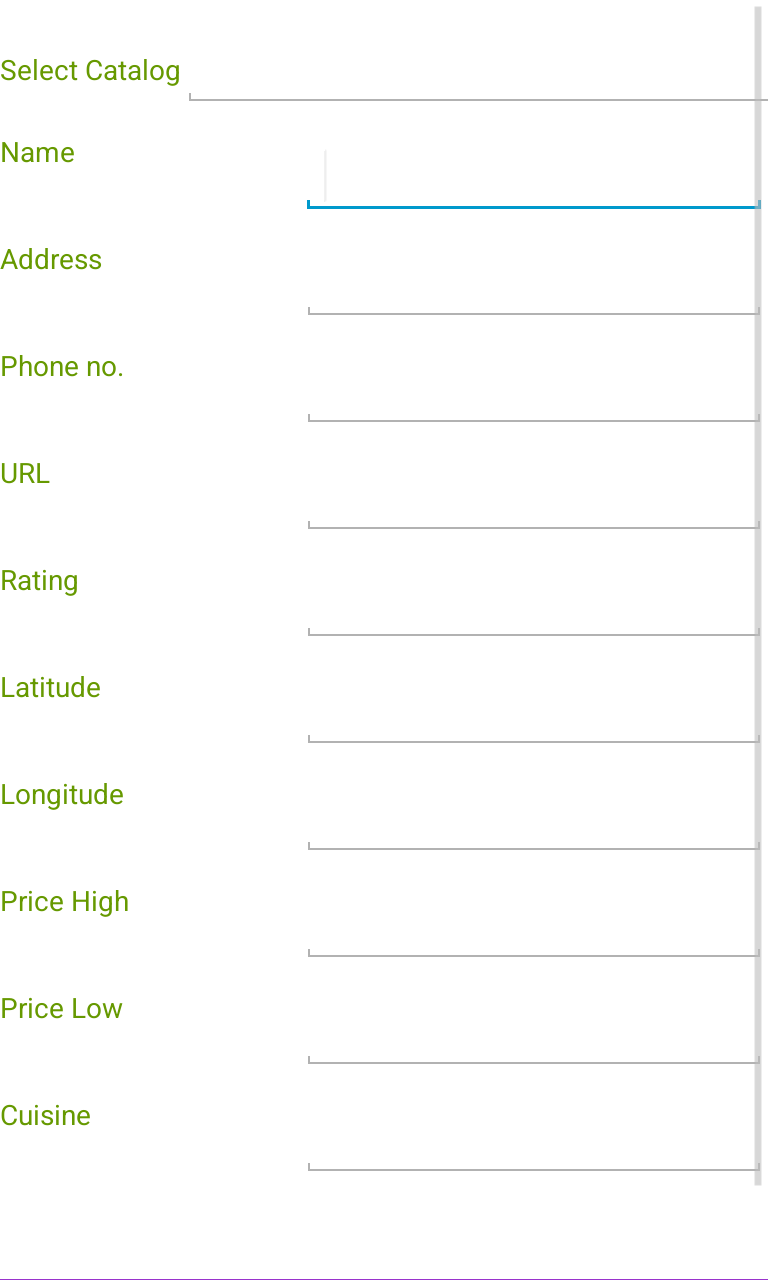
Repository: AungWinnHtut/projAndroid
Layout: com.engineer4myanmar.json.MainActivity/res/layout/activity_detail.xml
An editor plug-in stored every save of this project. The layout is shown before and after the next save, followed by the edit.
It is drawn on a 768 x 1280 px phone screen (xhdpi) without system bars, with theme AppTheme; the app's code is not run.

Above is the layout before, as saved 2015-08-29 00:10:42.

### com.engineer4myanmar.json.MainActivity/res/layout/activity_detail.xml
<LinearLayout xmlns:android="http://schemas.android.com/apk/res/android"
    xmlns:tools="http://schemas.android.com/tools"
    android:layout_width="match_parent"
    android:layout_height="match_parent"
    android:background="#fff"
    android:orientation="vertical" >

    <ScrollView
        android:id="@+id/scrollView1"
        android:layout_width="match_parent"
        android:layout_height="match_parent" >

        <LinearLayout
            android:layout_width="match_parent"
            android:layout_height="match_parent"
            android:orientation="vertical" >

            <LinearLayout
                android:layout_width="match_parent"
                android:layout_height="wrap_content"
                android:layout_marginTop="15dp"
                android:orientation="horizontal" >

                <TextView
                    android:layout_width="0dp"
                    android:layout_height="wrap_content"
                    android:layout_gravity="center"
                    android:layout_weight="1"
                    android:gravity="center"
                    android:text="Select Catalog"
                    android:textColor="#669900" />

                <EditText
                    android:id="@+id/etServiceName"
                    android:layout_width="match_parent"
                    android:layout_height="wrap_content"
                    android:layout_gravity="center"
                    android:gravity="center"
                    android:textColor="#669900" />
            </LinearLayout>

            <LinearLayout
                android:layout_width="match_parent"
                android:layout_height="wrap_content"
                android:orientation="horizontal" >

                <TextView
                    android:id="@+id/textView1"
                    android:layout_width="150dp"
                    android:layout_height="wrap_content"
                    android:text="Name"
                    android:textColor="#669900" />

                <EditText
                    android:id="@+id/etName"
                    android:layout_width="0dp"
                    android:layout_height="wrap_content"
                    android:layout_marginTop="14dp"
                    android:layout_weight="1"
                    android:ems="10"
                    android:textColor="#ffbb33" >

                    <requestFocus />
                </EditText>
            </LinearLayout>

            <LinearLayout
                android:layout_width="match_parent"
                android:layout_height="wrap_content"
                android:orientation="horizontal" >

                <TextView
                    android:id="@+id/textView2"
                    android:layout_width="150dp"
                    android:layout_height="wrap_content"
                    android:text="Address"
                    android:textColor="#669900" />

                <EditText
                    android:id="@+id/etAddress"
                    android:layout_width="0dp"
                    android:layout_height="wrap_content"
                    android:layout_marginTop="14dp"
                    android:layout_weight="1"
                    android:ems="10"
                    android:textColor="#ffbb33" />
            </LinearLayout>

            <LinearLayout
                android:layout_width="match_parent"
                android:layout_height="wrap_content"
                android:orientation="horizontal" >

                <TextView
                    android:id="@+id/textView3"
                    android:layout_width="150dp"
                    android:layout_height="wrap_content"
                    android:text="Phone no."
                    android:textColor="#669900" />

                <EditText
                    android:id="@+id/etPhone"
                    android:layout_width="0dp"
                    android:layout_height="wrap_content"
                    android:layout_marginTop="14dp"
                    android:layout_weight="1"
                    android:ems="10"
                    android:textColor="#ffbb33" />
            </LinearLayout>

            <LinearLayout
                android:layout_width="match_parent"
                android:layout_height="wrap_content"
                android:orientation="horizontal" >

                <TextView
                    android:id="@+id/textView4"
                    android:layout_width="150dp"
                    android:layout_height="wrap_content"
                    android:text="URL"
                    android:textColor="#669900" />

                <EditText
                    android:id="@+id/etUrl"
                    android:layout_width="0dp"
                    android:layout_height="wrap_content"
                    android:layout_marginTop="14dp"
                    android:layout_weight="1"
                    android:ems="10"
                    android:textColor="#ffbb33" />
            </LinearLayout>

            <LinearLayout
                android:layout_width="match_parent"
                android:layout_height="wrap_content"
                android:orientation="horizontal" >

                <TextView
                    android:id="@+id/textView5"
                    android:layout_width="150dp"
                    android:layout_height="wrap_content"
                    android:text="Rating"
                    android:textColor="#669900" />

                <EditText
                    android:id="@+id/etRating"
                    android:layout_width="0dp"
                    android:layout_height="wrap_content"
                    android:layout_marginTop="14dp"
                    android:layout_weight="1"
                    android:ems="10"
                    android:textColor="#ffbb33" />
            </LinearLayout>

            <LinearLayout
                android:layout_width="match_parent"
                android:layout_height="wrap_content"
                android:orientation="horizontal" >

                <TextView
                    android:id="@+id/textView6"
                    android:layout_width="150dp"
                    android:layout_height="wrap_content"
                    android:text="Latitude"
                    android:textColor="#669900" />

                <EditText
                    android:id="@+id/etLat"
                    android:layout_width="0dp"
                    android:layout_height="wrap_content"
                    android:layout_marginTop="14dp"
                    android:layout_weight="1"
                    android:ems="10"
                    android:textColor="#ffbb33" />
            </LinearLayout>

            <LinearLayout
                android:layout_width="match_parent"
                android:layout_height="wrap_content"
                android:orientation="horizontal" >

                <TextView
                    android:id="@+id/textView7"
                    android:layout_width="150dp"
                    android:layout_height="wrap_content"
                    android:text="Longitude"
                    android:textColor="#669900" />

                <EditText
                    android:id="@+id/etLng"
                    android:layout_width="0dp"
                    android:layout_height="wrap_content"
                    android:layout_marginTop="14dp"
                    android:layout_weight="1"
                    android:ems="10"
                    android:textColor="#ffbb33" />
            </LinearLayout>

            <LinearLayout
                android:layout_width="match_parent"
                android:layout_height="wrap_content"
                android:orientation="horizontal" >

                <TextView
                    android:id="@+id/textView10"
                    android:layout_width="150dp"
                    android:layout_height="wrap_content"
                    android:text="Price High"
                    android:textColor="#669900" />

                <EditText
                    android:id="@+id/etP2"
                    android:layout_width="0dp"
                    android:layout_height="wrap_content"
                    android:layout_marginTop="14dp"
                    android:layout_weight="1"
                    android:ems="10"
                    android:textColor="#ffbb33" />
            </LinearLayout>

            <LinearLayout
                android:layout_width="match_parent"
                android:layout_height="wrap_content"
                android:orientation="horizontal" >

                <TextView
                    android:id="@+id/textView8"
                    android:layout_width="150dp"
                    android:layout_height="wrap_content"
                    android:text="Price Low"
                    android:textColor="#669900" />

                <EditText
                    android:id="@+id/etP1"
                    android:layout_width="0dp"
                    android:layout_height="wrap_content"
                    android:layout_marginTop="14dp"
                    android:layout_weight="1"
                    android:ems="10"
                    android:textColor="#ffbb33" />
            </LinearLayout>

            <LinearLayout
                android:layout_width="match_parent"
                android:layout_height="wrap_content"
                android:orientation="horizontal" >

                <TextView
                    android:id="@+id/textView9"
                    android:layout_width="150dp"
                    android:layout_height="wrap_content"
                    android:text="Cuisine"
                    android:textColor="#669900" />

                <EditText
                    android:id="@+id/etCui"
                    android:layout_width="0dp"
                    android:layout_height="wrap_content"
                    android:layout_marginTop="14dp"
                    android:layout_weight="1"
                    android:ems="10"
                    android:textColor="#ffbb33" />
            </LinearLayout>

            <LinearLayout
                android:layout_width="match_parent"
                android:layout_height="wrap_content"
                android:layout_marginTop="50dp"
                android:orientation="horizontal" >

                <Button
                    android:layout_width="match_parent"
                    android:layout_height="wrap_content"
                    android:background="#9933cc"
                    android:onClick="funAdd"
                    android:text="Add" />
            </LinearLayout>
        </LinearLayout>
    </ScrollView>

</LinearLayout>

Loaded but not shown: com.engineer4myanmar.json.MainActivity/res/values-v11/styles.xml (common file); com.engineer4myanmar.json.MainActivity/res/values-v14/styles.xml (common file); com.engineer4myanmar.json.MainActivity/res/values/styles.xml (common file)

After the next save:
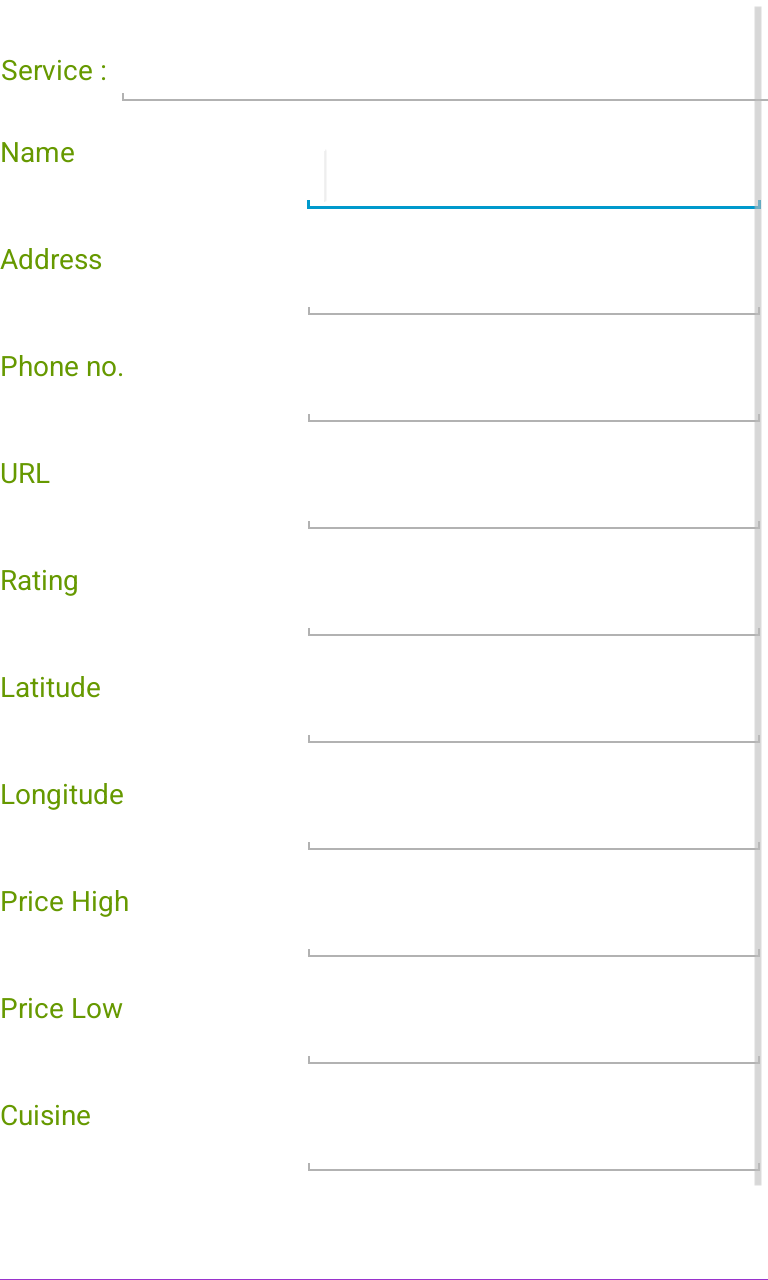
Saved 25 s later.
--- a/com.engineer4myanmar.json.MainActivity/res/layout/activity_detail.xml
+++ b/com.engineer4myanmar.json.MainActivity/res/layout/activity_detail.xml
@@ -27,7 +27,7 @@
                     android:layout_gravity="center"
                     android:layout_weight="1"
                     android:gravity="center"
-                    android:text="Select Catalog"
+                    android:text="Service : "
                     android:textColor="#669900" />
 
                 <EditText
